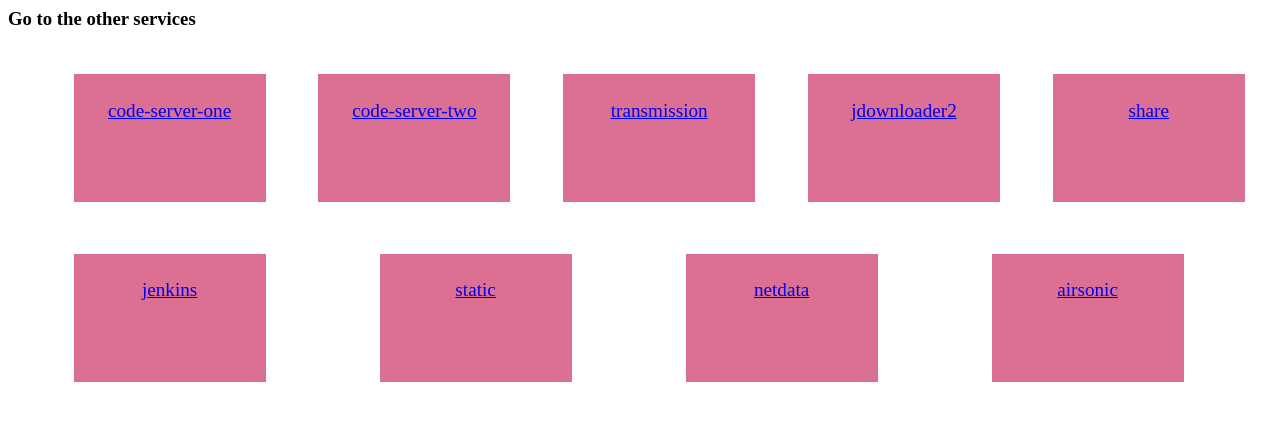
Repository: silversaber/Docker-Compose--Redis
Page: index.html
An editor plug-in stored every save of this project. The page is shown before and after the next save, followed by the edit.
The browser window is 1280 px wide. The pictures show the whole page.

Above is the page before, as saved 2020-12-18 11:14:28.

After the next save:
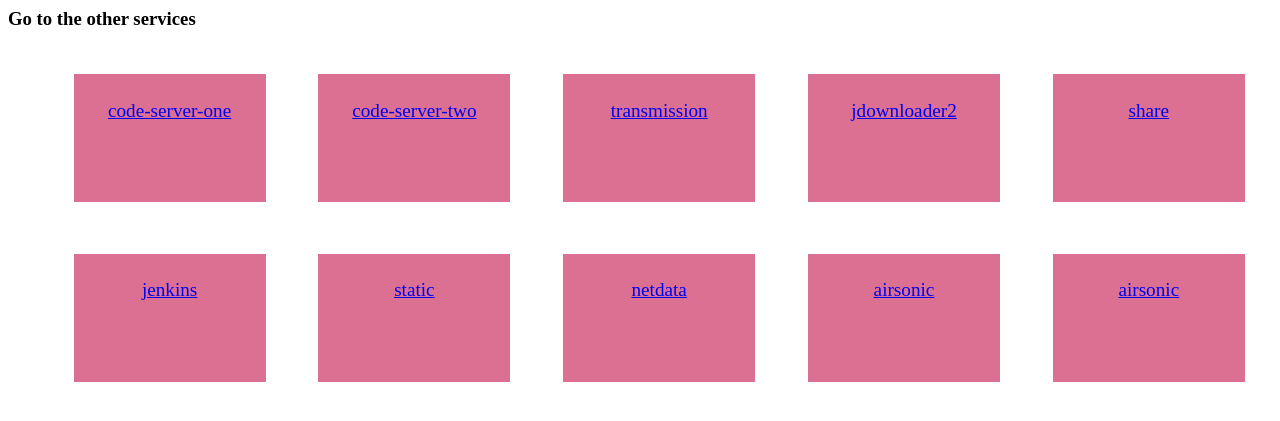
Saved 3 min 3 s later.
--- a/index.html
+++ b/index.html
@@ -89,6 +89,12 @@
                         <a href="/airsonic">airsonic</a>
                     </div>
                 </li>
+
+                <li>
+                    <div>
+                        <a href="/airsonic">airsonic</a>
+                    </div>
+                </li>
             </ul>
         </article>
     </body>
